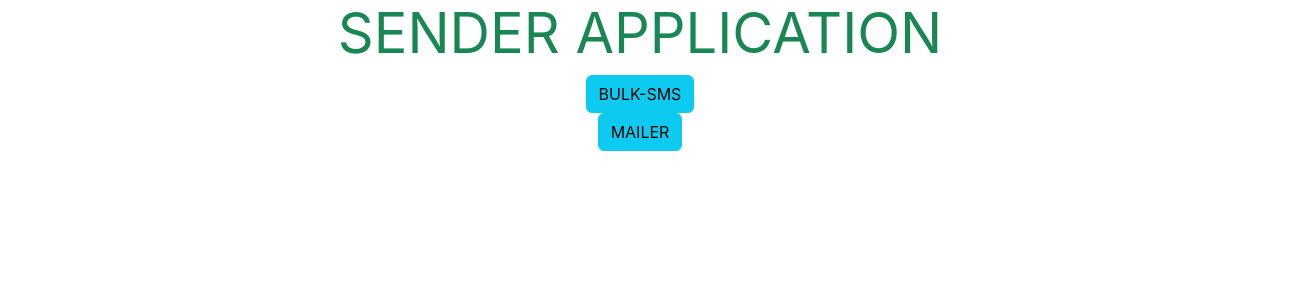
Repository: oluwaseyi9325/react-redux
Page: /mailer
These files come from the project's save history. The page is drawn as it stood at one moment and after a run of saves; the edit follows.
The browser window is 1280 px wide. The page is 1280 px wide, then 1292 px, so the pictures cover 1292 px, including what lies to the right of the window. The pictures show the whole page.
The project was rebuilt for these pictures with package versions that can differ from the ones it lists, and the page was loaded fresh each time. Also part of the build but not shown: src/Pages/Index.tsx, src/Pages/NotFond.tsx.

Above is the page before, as saved 2023-04-18 17:16:32.

### public/index.html
<!DOCTYPE html>
<html lang="en">

<head>
  <meta charset="utf-8" />
  <link rel="icon" href="%PUBLIC_URL%/favicon.ico" />
  <meta name="viewport" content="width=device-width, initial-scale=1" />
  <meta name="theme-color" content="#000000" />
  <meta name="description" content="Web site created using create-react-app" />
  <link rel="apple-touch-icon" href="%PUBLIC_URL%/logo192.png" />
  <link rel="manifest" href="%PUBLIC_URL%/manifest.json" />
  <link href="https://cdn.jsdelivr.net/npm/bootstrap@5.2.3/dist/css/bootstrap.min.css" rel="stylesheet" integrity="sha384-rbsA2VBKQhggwzxH7pPCaAqO46MgnOM80zW1RWuH61DGLwZJEdK2Kadq2F9CUG65" crossorigin="anonymous">
  <script src="https://cdn.jsdelivr.net/npm/bootstrap@5.2.3/dist/js/bootstrap.bundle.min.js" integrity="sha384-kenU1KFdBIe4zVF0s0G1M5b4hcpxyD9F7jL+jjXkk+Q2h455rYXK/7HAuoJl+0I4" crossorigin="anonymous"></script>
  <link rel="stylesheet" href="https://cdn.jsdelivr.net/npm/bootstrap-icons@1.10.3/font/bootstrap-icons.css">
  <title>SMS SENDER</title>
</head>

<body>
  <noscript>You need to enable JavaScript to run this app.</noscript>
  <div id="root"></div>
</body>

</html>

### src/index.tsx
import React from 'react';
import ReactDOM from 'react-dom/client';
import './index.css';
import App from './App';
import reportWebVitals from './reportWebVitals';
import { BrowserRouter } from 'react-router-dom';

const root = ReactDOM.createRoot(
  document.getElementById('root') as HTMLElement
);
root.render(
  <React.StrictMode>
    <BrowserRouter>
    <App />

    </BrowserRouter>
  </React.StrictMode>
);

// If you want to start measuring performance in your app, pass a function
// to log results (for example: reportWebVitals(console.log))
// or send to an analytics endpoint. Learn more: https://bit.ly/CRA-vitals
reportWebVitals();

### src/App.tsx
import React from 'react'
import { Route, Router, Routes } from 'react-router-dom'
import Index from './Pages/Index'
import Mailer from './Pages/Mailer'
import NotFond from './Pages/NotFond'

const App = () => {

  return (
    <>
    <Routes>
      <Route path='/' element={<Index/>} />
      <Route path='/mailer' element={<Mailer/>} />
      <Route path='*' element={<NotFond/>}/>
    </Routes>
    </>
  )
}

export default App

### src/Pages/Mailer.tsx
import React from 'react'
import NavBar from '../Components/NavBar'

const Mailer = () => {
  return (
    <div>
      <NavBar/>
    </div>
  )
}

export default Mailer

### src/Components/NavBar.tsx
import React from 'react'

const NavBar = () => {
  return (
    <>

      <div className='text-center'>
        <h4 className='text-success display-4'><b>SENDER APPLICATION</b></h4>
        <div className='gap-4'>
            <button className='btn btn-info'>BULK-SMS</button>
           <div>
           <button className='btn btn-info'>MAILER</button>
           </div>
        </div>
      </div>

    </>
  )
}

export default NavBar

Loaded but not shown: src/index.css (common file); src/reportWebVitals.ts (common file)

After the next 2 saves:
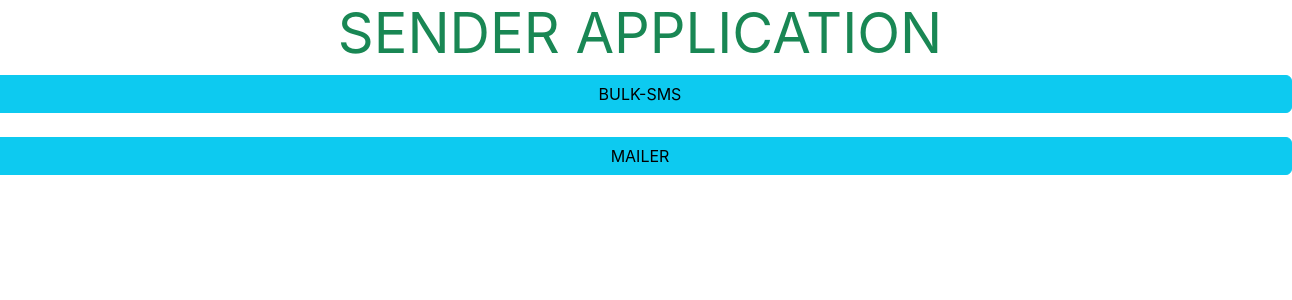
The 2 saves are shown as one change because they came seconds apart.
The last was saved 9 s later.
--- a/src/Components/NavBar.tsx
+++ b/src/Components/NavBar.tsx
@@ -6,11 +6,9 @@
 
       <div className='text-center'>
         <h4 className='text-success display-4'><b>SENDER APPLICATION</b></h4>
-        <div className='gap-4'>
+        <div className='gap-4 row'>
             <button className='btn btn-info'>BULK-SMS</button>
-           <div>
-           <button className='btn btn-info'>MAILER</button>
-           </div>
+            <button className='btn btn-info'>MAILER</button>
         </div>
       </div>
 
